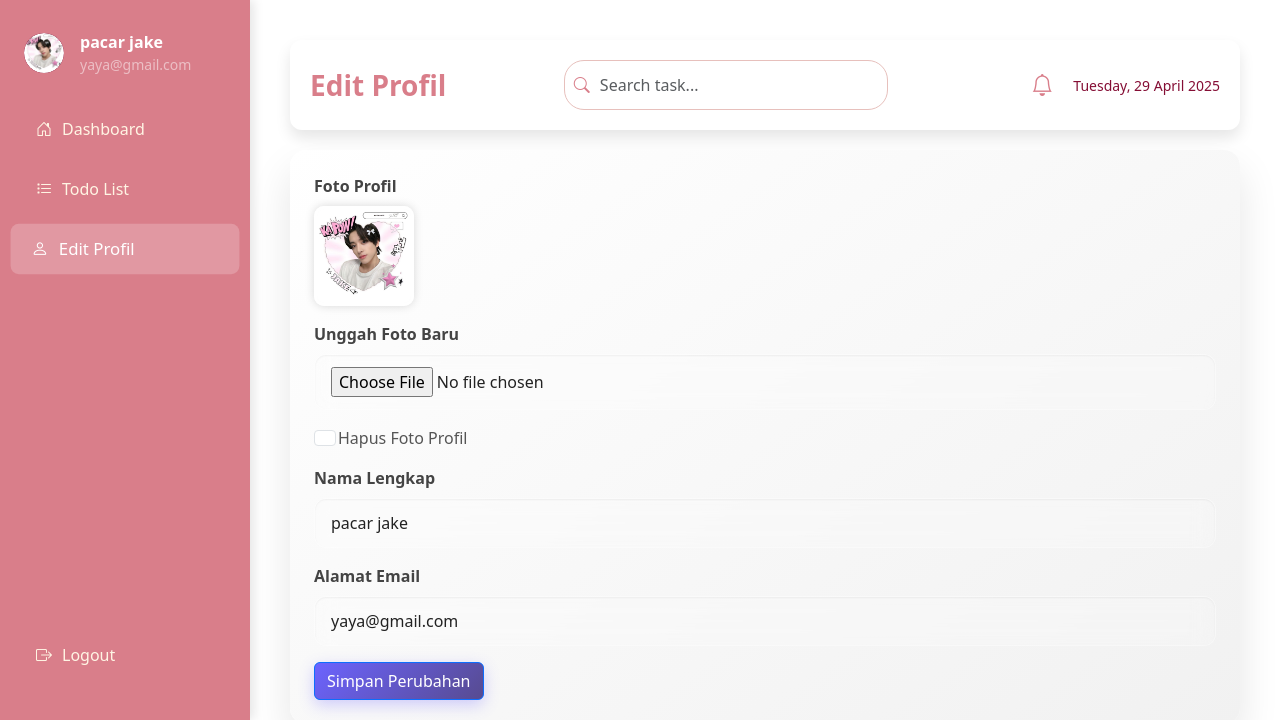
Repository: zhr-nabila/FloTime
Page: http://localhost/profile.php
The author's editor kept a copy of each file at every save. The page is drawn from the files as they stood at one save, then again after the next save.
The browser window is 1280 px wide. The pictures show the whole page.
An inner scrolling area shows only its first screen. The page is run by PHP 8.4 with error messages shown; the project is at /var/www/html/. The session is filled in as if someone had signed in: {"email": "yaya@gmail.com", "status": "login", "user_id": 2}. Other server files are loaded and not shown. The database holds what the project's SQL file puts in it.

Above is the page before, as saved 2025-04-30 22:50:53.

### profile.php
<?php
session_start();
include 'koneksi.php';

if (!isset($_SESSION['email'])) {
    header("Location: login.php");
    exit;
}

$email = $_SESSION['email'];
$activePage = 'profile';

// Ambil data user
$query = mysqli_query($conn, "SELECT * FROM users WHERE email = '$email'");
$user = mysqli_fetch_assoc($query);

// Proses update
if ($_SERVER["REQUEST_METHOD"] == "POST") {
    $new_name = mysqli_real_escape_string($conn, $_POST['name']);
    $new_email = mysqli_real_escape_string($conn, $_POST['email']);
    $photo_name = $user['photo']; // default photo lama

    // Upload foto jika ada
    if (isset($_FILES['photo']) && $_FILES['photo']['error'] == 0) {
        $allowed = ['jpg', 'jpeg', 'png', 'gif'];
        $ext = strtolower(pathinfo($_FILES['photo']['name'], PATHINFO_EXTENSION));
        if (in_array($ext, $allowed)) {
            $filename = uniqid() . '.' . $ext;
            move_uploaded_file($_FILES['photo']['tmp_name'], 'uploads/' . $filename);
            // Hapus file lama
            if ($user['photo'] && file_exists('uploads/' . $user['photo'])) {
                unlink('uploads/' . $user['photo']);
            }
            $photo_name = $filename;
        }
    }

    // Hapus foto jika dipilih
    if (isset($_POST['delete_photo']) && $user['photo']) {
        if (file_exists('uploads/' . $user['photo'])) {
            unlink('uploads/' . $user['photo']);
        }
        $photo_name = null;
    }

    $update = mysqli_query($conn, "UPDATE users SET name='$new_name', email='$new_email', photo=" . ($photo_name ? "'$photo_name'" : "NULL") . " WHERE email='$email'");

    if ($update) {
        $_SESSION['email'] = $new_email;
        header("Location: profile.php");
        exit;
    } else {
        $error = "Gagal memperbarui profil.";
    }
}
?>

<!DOCTYPE html>
<html lang="id">

<head>
    <meta charset="UTF-8">
    <title>Edit Profil</title>
    <link rel="stylesheet" href="css/style.css">
    <link rel="stylesheet" href="css/profile.css">
    <link href="https://cdn.jsdelivr.net/npm/bootstrap@5.3.3/dist/css/bootstrap.min.css" rel="stylesheet">
    <link href="https://cdn.jsdelivr.net/npm/bootstrap-icons@1.10.5/font/bootstrap-icons.css" rel="stylesheet">
</head>

<body>

    <?php include 'includes/sidebar.php'; ?>

    <div class="main-content">
        <?php
        $pageTitle = "Edit Profil";
        include 'includes/topbar.php';
        ?>
        <div class="content p-4">
            <form method="POST" enctype="multipart/form-data" class="form-profile">
                <div class="mb-3">
                    <label class="form-label">Foto Profil</label><br>
                    <?php if ($user['photo']) : ?>
                        <img src="uploads/<?= htmlspecialchars($user['photo']) ?>" alt="Foto" class="photo-user" style="max-height: 150px; border-radius: 10px;">
                    <?php else : ?>
                        <div class="user-avatar-lg">
                            <?= strtoupper(substr($user['name'] ?: $user['email'], 0, 1)) ?>
                        </div>
                    <?php endif; ?>
                </div>

                <div class="mb-3">
                    <label for="photo" class="form-label">Unggah Foto Baru</label>
                    <input type="file" name="photo" id="photo" class="input-profile">
                </div>

                <?php if ($user['photo']) : ?>
                    <div class="mb-3 form-check">
                        <input class="form-check-input" type="checkbox" name="delete_photo" id="delete_photo">
                        <label class="form-check-label" for="delete_photo">Hapus Foto Profil</label>
                    </div>
                <?php endif; ?>

                <div class="mb-3">
                    <label for="name" class="form-label">Nama Lengkap</label>
                    <input type="text" name="name" id="name" class="input-profile" value="<?= htmlspecialchars($user['name']) ?>" required>
                </div>

                <div class="mb-3">
                    <label for="email" class="form-label">Alamat Email</label>
                    <input type="email" name="email" id="email" class="input-profile" value="<?= htmlspecialchars($user['email']) ?>" required>
                </div>

                <?php if (isset($error)) : ?>
                    <div class="alert alert-danger"><?= $error ?></div>
                <?php endif; ?>

                <button type="submit" class="btn btn-primary">Simpan Perubahan</button>
            </form>
        </div>
    </div>
</body>

</html>

### koneksi.php
<?php
$host = "localhost";
$user = "root";
$pass = "";
$db = "todolist";

$conn = mysqli_connect($host, $user, $pass, $db);

if (!$conn) {
    die("Koneksi gagal: " . mysqli_connect_error());
}

### includes/sidebar.php
<?php
if (!isset($_SESSION)) session_start();
include_once 'koneksi.php';

$email = $_SESSION['email'] ?? '';

// Ambil data user
$query = mysqli_query($conn, "SELECT * FROM users WHERE email = '$email'");
$user = mysqli_fetch_assoc($query);

// Ambil nama dan foto
$name = $user['name'] ?? '';
$avatar = $user['photo'] ?? null; // GUNAKAN 'photo' bukan 'avatar'

// Ambil inisial dari nama jika ada, kalau tidak dari email
$display_name = $name ?: $email;
$initial = strtoupper(substr($display_name, 0, 1));
?>

<div class="sidebar d-flex flex-column">
    <div class="px-4 d-flex align-items-center mb-4">
        <div class="user-avatar">
            <?php if ($avatar && file_exists("uploads/$avatar")): ?>
                <img src="uploads/<?= htmlspecialchars($avatar) ?>" alt="Avatar">
            <?php else: ?>
                <?= $initial ?>
            <?php endif; ?>
        </div>
        <div class="ms-3">
            <div class="fw-semibold"><?= htmlspecialchars($name ?: 'User') ?></div>
            <div class="small text-white-50"><?= htmlspecialchars($email) ?></div>
        </div>
    </div>
    <nav class="nav flex-column px-3">
        <a class="nav-link <?= ($activePage == 'dashboard') ? 'active' : '' ?>" href="dashboard.php">
            <i class="bi bi-house-door"></i> Dashboard
        </a>
        <a class="nav-link <?= ($activePage == 'todo') ? 'active' : '' ?>" href="todo.php">
            <i class="bi bi-list-task"></i> Todo List
        </a>
        <a class="nav-link <?= ($activePage == 'profile') ? 'active' : '' ?>" href="profile.php">
            <i class="bi bi-person"></i> Edit Profil
        </a>
        <a class="nav-link logout" href="logout.php">
            <i class="bi bi-box-arrow-right"></i> Logout
        </a>
    </nav>
</div>

### includes/topbar.php
<div class="header">
    <div class="title"><?= isset($pageTitle) ? htmlspecialchars($pageTitle) : 'Untitled'; ?></div>
    <div class="search-bar">
        <form method="GET" action="todo.php" class="d-flex">
            <input type="text" name="search" class="form-control" placeholder="Search task..." value="<?= isset($_GET['search']) ? htmlspecialchars($_GET['search']) : '' ?>">
            <button type="submit" class="btn"><i class="bi bi-search"></i></button>
        </form>
    </div>

    <div class="notifications">
        <i class="bi bi-bell"></i>
        <div class="date"><?= date('l, d F Y') ?></div>
    </div>
</div>

### css/style.css
@import url('https://fonts.googleapis.com/css2?family=Poppins:wght@500&display=swap');

:root {
    --c0: #ffffff;
    --c1: #E3919F;
    --c2: #E7C0BC;
    --c3: #370808;
    --c4: #D97E8A;
    --c5: #EC9FAB;
    --c6: #000000;
    /* gradient */
    --c7: #850e35;
    --c8: #ee6983;
    --c9: #ffc4c4;
    --c10: #fff5e4;
    --c11: #d1d5db;
}


*:not(input):not(textarea):not([contenteditable="true"]) {
    caret-color: transparent !important;
}

input,
textarea,
[contenteditable="true"] {
    caret-color: auto;
    outline: none;
    padding: 6px 10px;
    border-radius: 5px;
    transition: border 0.2s ease;
}

body {
    background: #f5f8fa;
    font-family: 'Segoe UI', sans-serif;
    margin: 0;
    padding: 0;
    overflow: hidden;
}

html,
body {
    height: 100%;
}


::-webkit-scrollbar {
    display: none;
}

.main-content {
    margin-left: 250px;
    padding: 40px;
    height: 100vh;
    overflow-y: auto;
}


.sidebar {
    height: 100vh;
    background: var(--c4);
    color: var(--c0);
    padding-top: 30px;
    position: fixed;
    width: 250px;
    transition: all 0.3s;
    box-shadow: 4px 0 10px rgba(0, 0, 0, 0.1);
}

.sidebar .nav-link {
    color: var(--c10);
    padding: 12px 20px;
    margin: 6px 0;
    border-radius: 8px;
    display: flex;
    align-items: center;
    gap: 10px;
    transition: all 0.3s ease;
    font-size: 16px;
}

.sidebar .nav-link:hover,
.sidebar .nav-link.active {
    background-color: rgba(255, 255, 255, 0.2);
    color: var(--c0);
    transform: scale(1.05);
}

.sidebar .nav-link.logout {
    color: var(--c10);
    padding: 12px 20px;
    margin: 22rem 0;
    border-radius: 8px;
    display: flex;
    align-items: center;
    gap: 10px;
    transition: all 0.3s ease;
    font-size: 16px;
}

.sidebar .nav-link.logout:hover {
    background-color: rgba(255, 255, 255, 0.2);
    color: var(--c0);
    transform: scale(1.05);
}

.main-content {
    margin-left: 250px;
    padding: 40px;
}

.header {
    display: flex;
    justify-content: space-between;
    align-items: center;
    padding: 20px;
    background: var(--c0);
    border-radius: 12px;
    box-shadow: 0 8px 15px rgba(0, 0, 0, 0.1);
    margin-bottom: 20px;
}

.header .title {
    font-size: 28px;
    font-weight: bold;
    color: var(--c4);
}

.header .search-bar {
    position: relative;
    width: 350px;
}

.header .search-bar input {
    width: 100%;
    padding: 12px 40px 12px 35px;
    border-radius: 20px;
    border: 1px solid var(--c2);
    font-size: 16px;
    transition: border 0.3s;
}

.header .search-bar input:focus {
    border: 1px solid var(--c4);
    outline: none;
}

.header .search-bar i {
    position: absolute;
    top: 50%;
    left: 10px;
    transform: translateY(-50%);
    color: var(--c4);
}

.header .notifications {
    display: flex;
    align-items: center;
    gap: 20px;
}

.header .notifications .bi {
    font-size: 22px;
    cursor: pointer;
    color: var(--c4);
    transition: color 0.3s;
}

.header .notifications .bi:hover {
    color: var(--c7);
}

.card-welcome {
    background: linear-gradient(135deg, var(--c9), var(--c10));
    border-radius: 10px 60px 30px;
    box-shadow: 0 15px 30px rgba(0, 0, 0, 0.1);
    padding: 30px;
    animation: fadeIn 0.6s ease;
    margin-bottom: 30px;
    color: var(--c7);
    border: none;
}

.user-avatar {
    width: 40px;
    height: 40px;
    border-radius: 50%;
    background-color: var(--c7);
    color: var(--c0);
    display: flex;
    align-items: center;
    justify-content: center;
    font-weight: bold;
    font-size: 18px;
    overflow: hidden;
    flex-shrink: 0;
}

.user-avatar img {
    width: 100%;
    height: 100%;
    object-fit: cover;
    border-radius: 50%;
    display: block;
}
.user-avatar {
    width: 40px;
    height: 40px;
    border-radius: 50%;
    background-color: var(--c7);
    color: var(--c0);
    display: flex;
    align-items: center;
    justify-content: center;
    font-weight: bold;
    font-size: 18px;
    overflow: hidden;
    flex-shrink: 0;
}

.user-avatar img {
    width: 100%;
    height: 100%;
    object-fit: cover;
    border-radius: 50%;
    display: block;
}


.date {
    font-size: 14px;
    color: var(--c7);
}

@keyframes fadeIn {
    from {
        opacity: 0;
        transform: translateY(20px);
    }

    to {
        opacity: 1;
        transform: translateY(0);
    }
}

/* Mobile Responsiveness */
@media (max-width: 768px) {
    .sidebar {
        width: 200px;
    }

    .main-content {
        margin-left: 200px;
    }

    .header .title {
        font-size: 24px;
    }

    .header .search-bar {
        width: 250px;
    }
}

/* todo */

.container {
    animation: fadeIn 0.6s ease;
}

.premium-form {
    background-color: var(--c9);
    border: 2px solid var(--c2);
    border-radius: 12px;
}

.btn-gradient {
    background-color: var(--c7);
    color: white;
    border: none;
    transition: 0.3s ease;
    border-radius: 10px;
    padding: 10px;
}

.btn-gradient:hover {
    transform: scale(1.02);
    background-color: var(--c8);
    color: var(--c0);
    box-shadow: 0 4px 8px rgba(0, 0, 0, 0.15);
}

.form-control-sm {
    font-size: 14px;
    padding: 0.8rem 1rem;
    border: none;
}

.form-label {
    color: var(--c7);
}

.premium-table th {
    font-weight: 600;
    background-color: var(--c9);
    color: var(--c7);
}

.premium-table td {
    vertical-align: middle;
    padding-top: 16px;
    padding-bottom: 16px;
    font-size: 15px;
}

.table-hover tbody tr:hover {
    background-color: #fdf2f2;
    transition: 0.3s;
}

.table td,
.table th {
    text-align: center;
}

.btn-icon {
    width: 38px;
    height: 38px;
    padding: 0;
    border-radius: 50%;
    display: inline-flex;
    align-items: center;
    justify-content: center;
    font-size: 1.1rem;
    transition: all 0.3s ease-in-out;
}

.btn-icon:hover {
    box-shadow: 0 0 10px rgba(100, 180, 255, 0.4);
    transform: scale(1.08);
}

### css/profile.css
body {
    background-color: #f0f2f5;
    font-family: 'Segoe UI', Tahoma, Geneva, Verdana, sans-serif;
    color: #333;
}

.container-fluid {
    min-height: 100vh;
}

.content {
    flex-grow: 1;
    background: linear-gradient(145deg, #ffffff, #f1f1f1);
    border-radius: 16px;
    box-shadow: 0 20px 40px rgba(0, 0, 0, 0.1);
    padding: 40px;
    border: none;
}


/* .form-profile {
    max-width: 550px;
    margin: 0 auto;
    background: rgba(255, 255, 255, 0.75);
    padding: 30px;
    border-radius: 20px;
    box-shadow: 0 10px 25px rgba(0, 0, 0, 0.08);
    backdrop-filter: blur(10px);
    border: 1px solid rgba(255, 255, 255, 0.2);
} */

.form-label {
    font-weight: 600;
    color: #444;
}

.input-profile {
    width: 100%;
    background: rgba(255, 255, 255, 0.2);
    border: 1px solid rgba(255, 255, 255, 0.3);
    padding: 12px 16px;
    font-size: 16px;
    font-weight: 500;
    color: #222;
    border-radius: 12px;
    outline: none;
    transition: 0.3s ease;
    backdrop-filter: blur(10px);
    box-shadow: inset 0 1px 2px rgba(0, 0, 0, 0.05);
}

.input-profile:focus {
    background: rgba(255, 255, 255, 0.4);
    border-color: #6c63ff;
    box-shadow: 0 0 0 0.2rem rgba(108, 99, 255, 0.15);
    color: #000;
}

/* Button premium */
.btn-primary {
    background: linear-gradient(to right, #6c63ff, #7d5fff);
    border: none;
    color: #fff;
    padding: 12px 28px;
    font-size: 16px;
    font-weight: 600;
    border-radius: 12px;
    transition: all 0.3s ease;
    box-shadow: 0 8px 24px rgba(108, 99, 255, 0.25);
}

.btn-primary:hover {
    background: linear-gradient(to right, #574b90, #6c63ff);
    box-shadow: 0 10px 30px rgba(108, 99, 255, 0.4);
}

/* Form box */
/* .form-profile {
    max-width: 550px;
    margin: 0 auto;
    background: rgba(255, 255, 255, 0.8);
    padding: 36px;
    border-radius: 20px;
    backdrop-filter: blur(12px);
    box-shadow: 0 20px 45px rgba(0, 0, 0, 0.1);
    border: 1px solid rgba(255, 255, 255, 0.4);
} */

/* Avatar */
.photo-user, .user-avatar-lg {
    width: 100px;
    height: 100px;
    object-fit: cover;
    border-radius: 100%;
    box-shadow: 0 5px 15px rgba(0, 0, 0, 0.1);
    border: 3px solid #fff;
}

.user-avatar-lg {
    background: linear-gradient(to right, #6c63ff, #7d5fff);
    color: #fff;
    font-size: 36px;
    font-weight: bold;
    display: flex;
    align-items: center;
    justify-content: center;
}

/* Label */
.form-label {
    font-weight: 600;
    color: #444;
    margin-bottom: 6px;
}


.btn-primary {
    background: linear-gradient(135deg, #6c63ff, #574b90);
    border: none;
    padding: 10px 20px;
    font-weight: 600;
    border-radius: 8px;
    transition: 0.3s ease;
    box-shadow: 0 5px 15px rgba(108, 99, 255, 0.3);
}

.btn-primary:hover {
    background: linear-gradient(135deg, #574b90, #6c63ff);
    box-shadow: 0 7px 20px rgba(108, 99, 255, 0.5);
}

.photo-user {
    width: 100px;
    height: 100px;
    object-fit: cover;
    border-radius: 100%;
    box-shadow: 0 0 10px rgba(0, 0, 0, 0.15);
    border: 3px solid #fff;
}

.user-avatar-lg {
    width: 100px;
    height: 100px;
    background-color: #6c63ff;
    color: #fff;
    font-size: 36px;
    font-weight: bold;
    border-radius: 50%;
    display: flex;
    align-items: center;
    justify-content: center;
    box-shadow: 0 0 10px rgba(0, 0, 0, 0.15);
}

.form-check-label {
    font-weight: 500;
    color: #555;
}

### todolist.sql (the tables this page reads)
CREATE TABLE `users` (
  `id` int(11) NOT NULL,
  `email` varchar(255) NOT NULL,
  `name` varchar(100) DEFAULT NULL,
  `password` varchar(255) NOT NULL,
  `photo` varchar(255) DEFAULT NULL
) ENGINE=InnoDB DEFAULT CHARSET=utf8mb4 COLLATE=utf8mb4_general_ci;

INSERT INTO `users` (`id`, `email`, `name`, `password`, `photo`) VALUES
(2, 'yaya@gmail.com', 'pacar jake', '1234', '682bf641de05a.jpeg');

ALTER TABLE `users`
  ADD PRIMARY KEY (`id`),
  ADD UNIQUE KEY `email` (`email`);

ALTER TABLE `users`
  MODIFY `id` int(11) NOT NULL AUTO_INCREMENT, AUTO_INCREMENT=4;

After the next save:
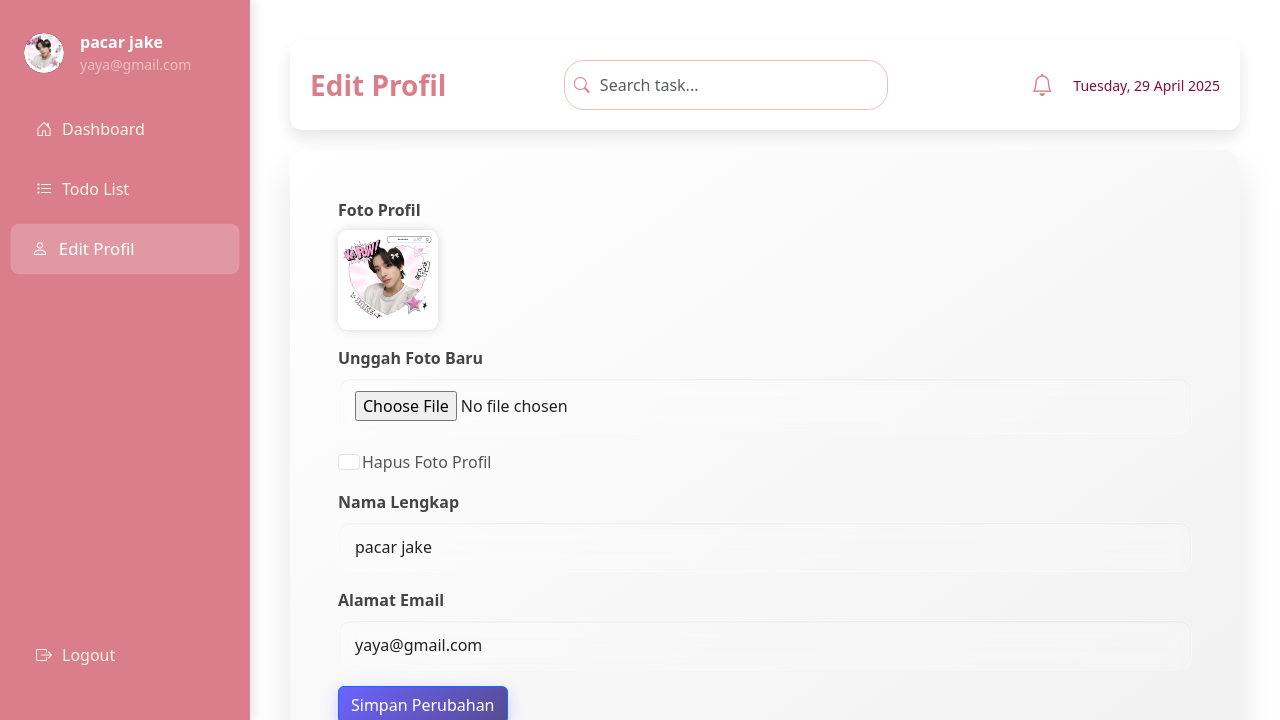
Saved 9 s later.
--- a/profile.php
+++ b/profile.php
@@ -76,7 +76,7 @@ if ($_SERVER["REQUEST_METHOD"] == "POST") {
         $pageTitle = "Edit Profil";
         include 'includes/topbar.php';
         ?>
-        <div class="content p-4">
+        <div class="content p-5">
             <form method="POST" enctype="multipart/form-data" class="form-profile">
                 <div class="mb-3">
                     <label class="form-label">Foto Profil</label><br>
